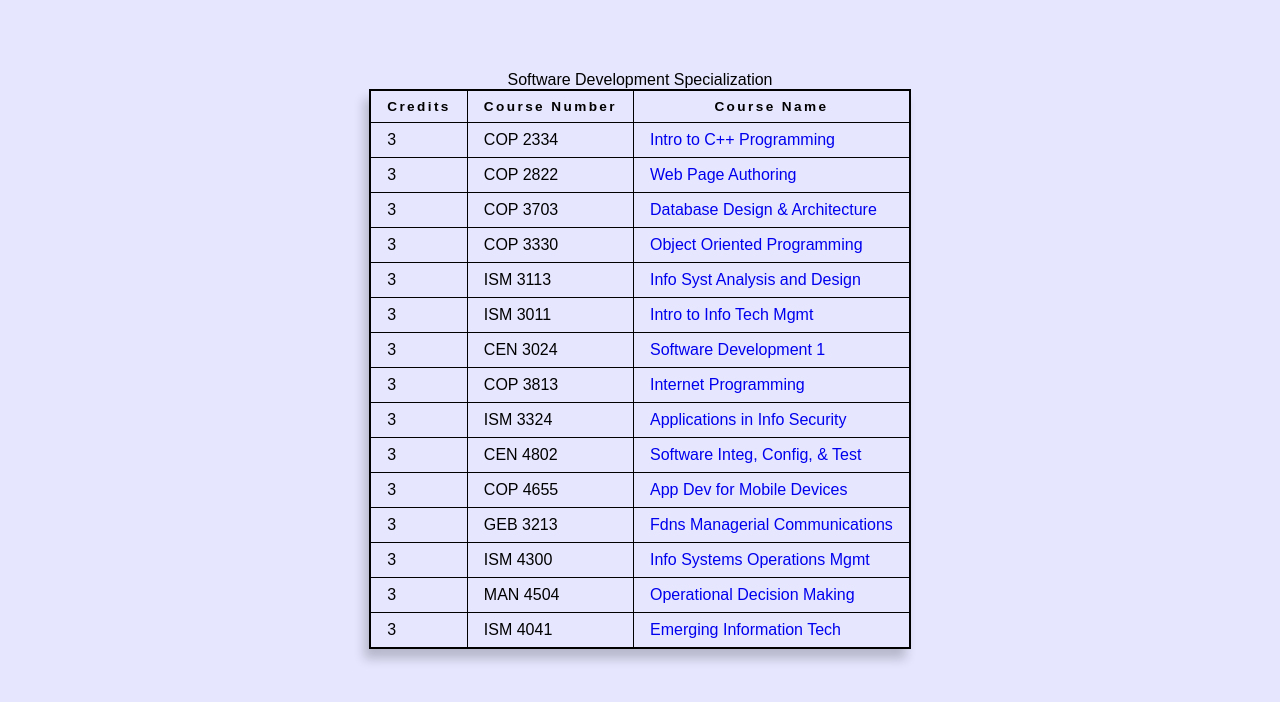
Repository: mlmEFSC21/P3-DegreeSpecializationTable
Page: index.html
The author's editor kept a copy of each file at every save. The page is drawn from the files as they stood at one save, then again after the next save.
The browser window is 1280 px wide. The pictures show the whole page.
Some web fonts or font styles are not loaded; a fallback is used.

Above is the page before, as saved 2022-02-01 21:22:25.

After the next save:
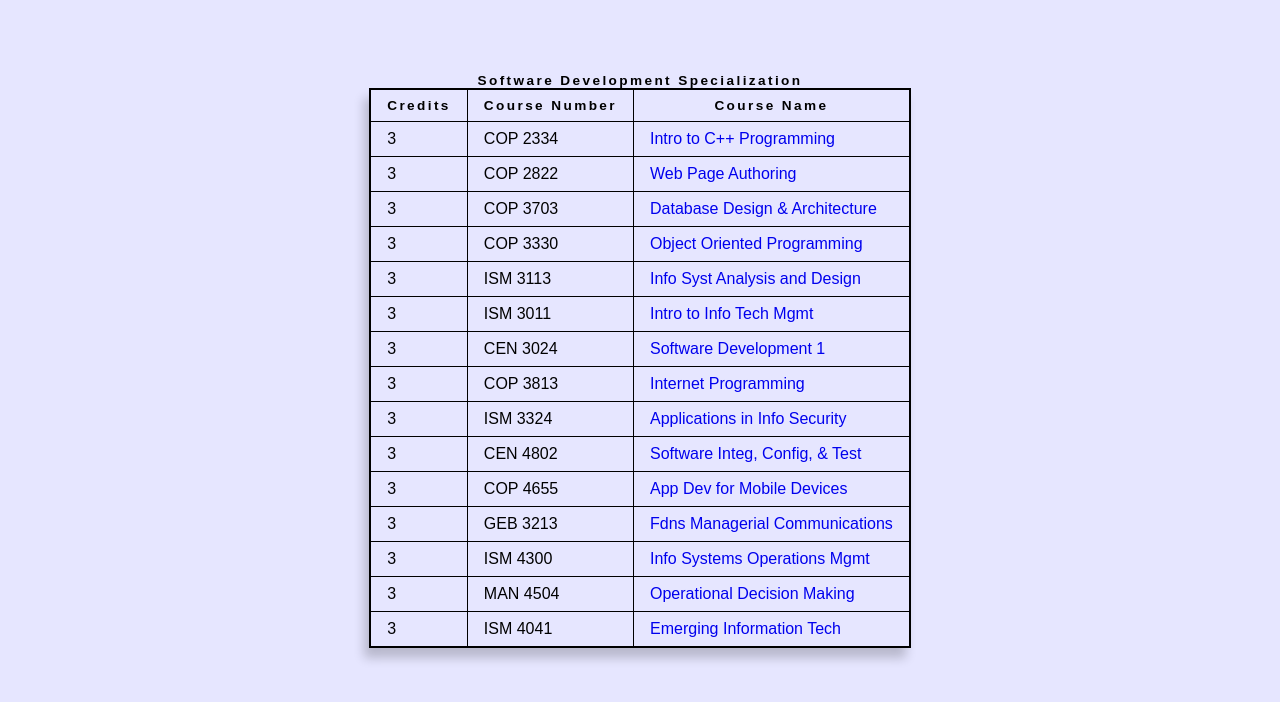
Saved 61 s later.
--- a/tableStyles.css
+++ b/tableStyles.css
@@ -29,7 +29,8 @@ table {
     border: 2px solid black;
     padding: 0.25rem;
 }
-thead {
+thead,
+caption {
     letter-spacing: 0.15rem;
     font-size: 0.85rem;
     font-weight: 900;
